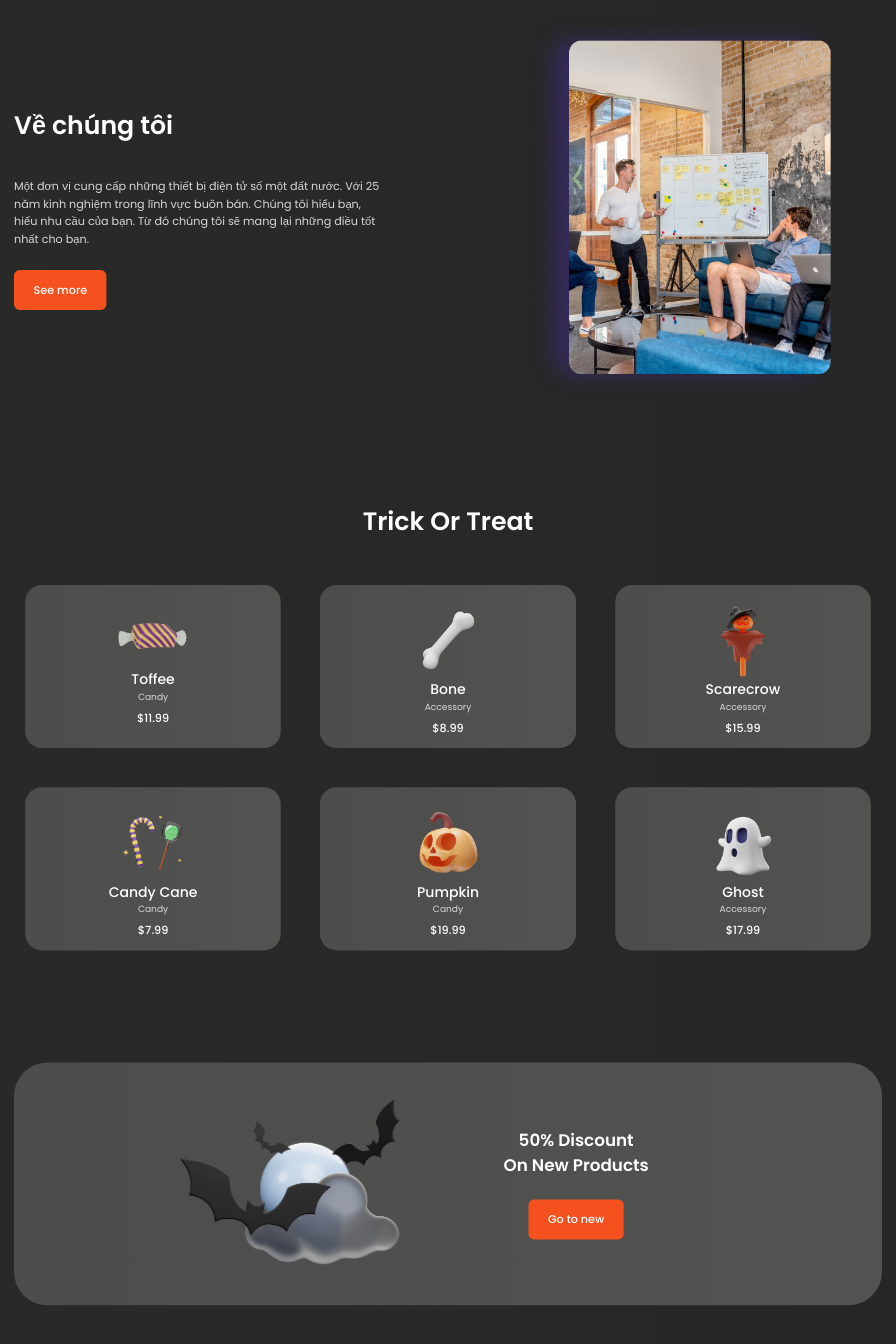
Repository: long5122000/Shopc
Page: index.html
The author's editor kept a copy of each file at every save. The page is drawn from the files as they stood at one save, then again after the next save.
The browser window is 1280 px wide. The pictures show the part of the page from y = 1464 to 3384 px (the page is 4740 px tall), at 70% of full size.
The style sheet was rebuilt from its Sass, Less or Tailwind sources for each picture, by a compiler version that may differ from the author's.

Above is the page before, as saved 2021-11-27 16:45:47.

After the next save:
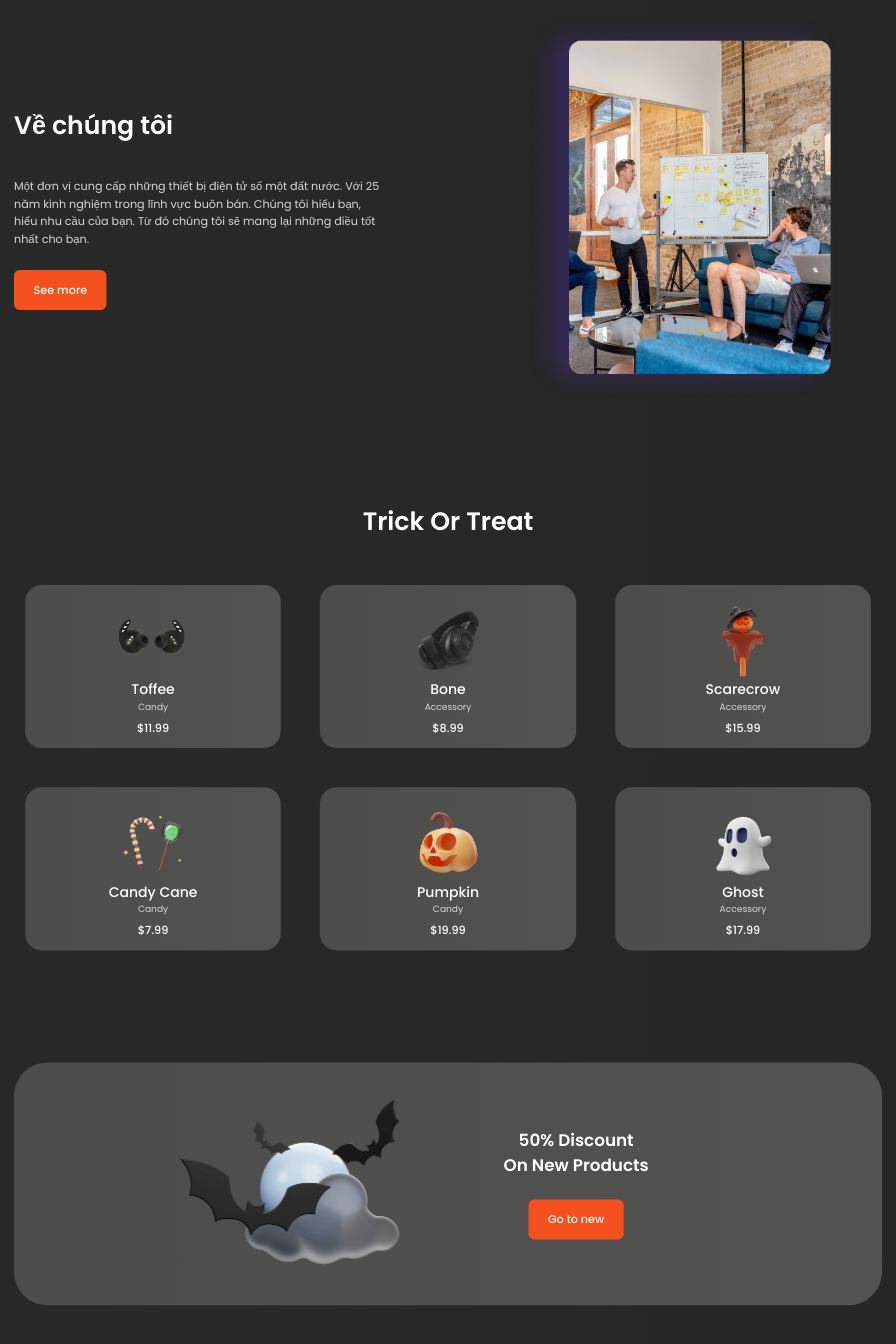
Saved 2 min 51 s later.
--- a/index.html
+++ b/index.html
@@ -232,11 +232,7 @@
         <h2 class="section__title">Trick Or Treat</h2>
         <div class="trick__container container grid">
           <div class="trick__content">
-            <img
-              src="./images/trick-treat1-img.png"
-              alt=""
-              class="trick__image"
-            />
+            <img src="./images/sanphamchay-1.png" alt="" class="trick__image" />
             <h3 class="trick__title">Toffee</h3>
             <span class="trick__subtitle">Candy</span>
             <span class="trick__price">$11.99</span>
@@ -246,11 +242,7 @@
           </div>
 
           <div class="trick__content">
-            <img
-              src="./images/trick-treat2-img.png"
-              alt=""
-              class="trick__image"
-            />
+            <img src="./images/sanphamchay-2.png" alt="" class="trick__image" />
             <h3 class="trick__title">Bone</h3>
             <span class="trick__subtitle">Accessory</span>
             <span class="trick__price">$8.99</span>
